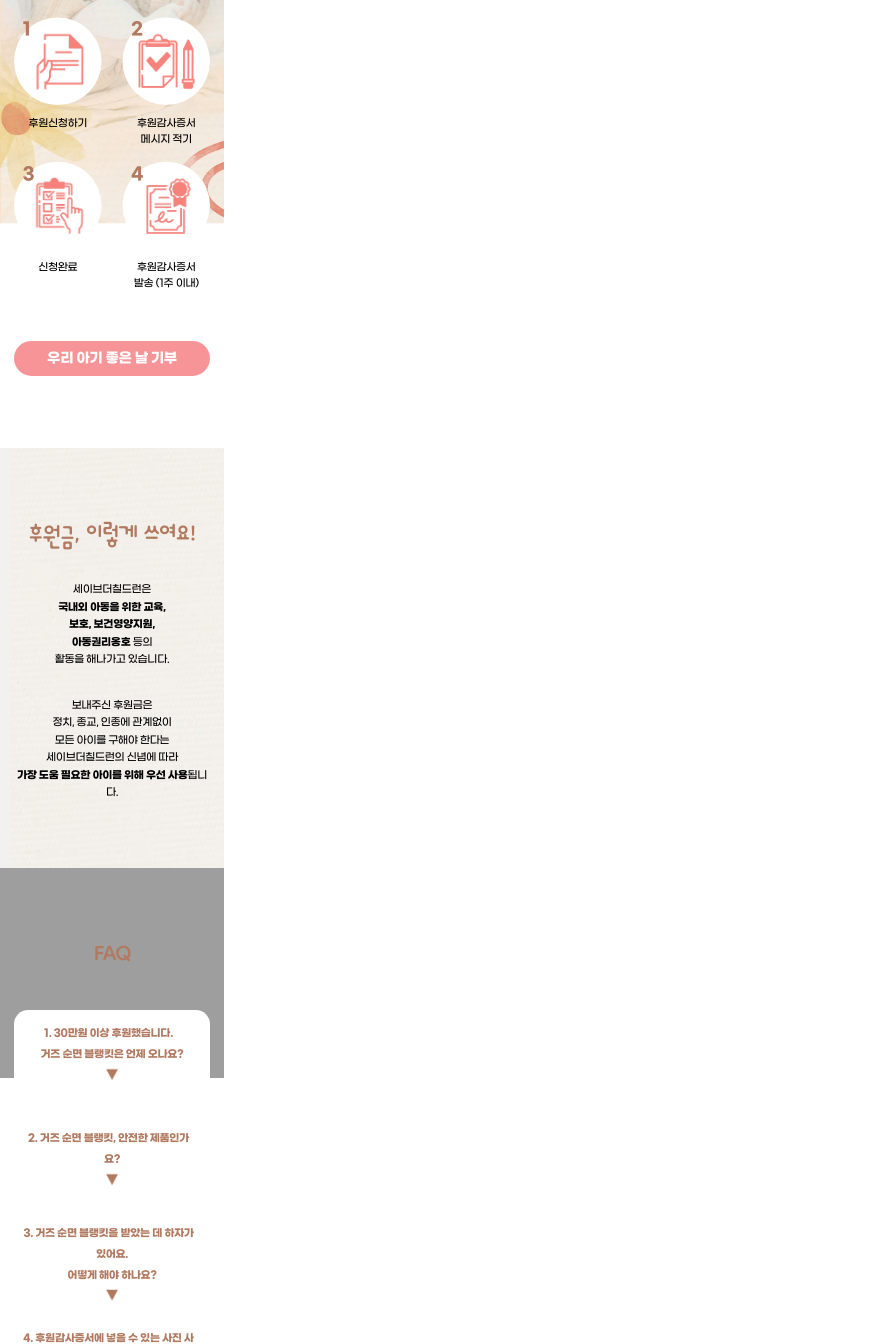
Repository: dlgywls1130/save_the_m320
Page: index.html
These files come from the project's save history. The page is drawn as it stood at one moment and after the next save; the edit follows.
The browser window is 1280 px wide. The pictures show the part of the page from y = 4580 to 6500 px (the page is 7320 px tall), at 70% of full size.
Pictures or frames that could not be fetched are drawn as grey boxes.

Above is the page before, as saved 2023-12-21 01:36:08.

### index.html
<!DOCTYPE html>
<html lang="en">
<head>
    <meta charset="UTF-8">
    <meta name="viewport" content="width=device-width, initial-scale=1.0">
    <title>세이브더칠드런</title>

    <link rel="stylesheet" href="./css/reset.css">
    <link rel="stylesheet" href="./css/style.css">

</head>
<body>
    <div class="content_body">
        <section class="section_wrapper section01">
            <div class="se01 se_wrapper">
                <div class="seo01_mobile_wrapp">
                    <div class="se01_sub">
                        <div class="sub_logo">
                            <img src="./img/logo01.png" alt="logo">
                        </div>
                        <p>우리 아기 좋은 날 기부</p>
                    </div>
                    <p class="seo01_title">
                        아가야,
                    </p>
                    <p class="seo01_title_two">
                        너의 <span id="rollingText">탄생</span> 순간을 축하해!
                    </p>
                </div>
                <div class="seo01_mobile_wrapp_bottom">
                    <p class="section_descript mb-45">
                        아이의 건강과 행복을
                        <br>바라는 마음을 담아,
                        <br>탄생, 백일, 첫 걸음마, 첫돌 등
                        <br>내 아이의 소중한 순간을
                        <br>기부로 기념해보세요.
                        <br>함께 자라나는 다른 아이들
                        <br>에게도 큰 축복이 됩니다..
                    </p>

                    <a class="donation_link" href="javascript:void(0)">우리 아기 좋은 날 기부</a>
                </div>

            </div>
        </section>
        <section class="section_wrapper section02">
            <div class="se02 se_wrapper">
                <div class="postit_wrapper">
                    <div class="postit postit01">
                        <p>우리 아들 우현이의<br>
                        200일을 축하해.<br>
                        <span>건강하게 자라줘서 고마워 <img src="./img/heart.png"></span>
                        늘 사랑받고 받은 사랑만큼<br>
                        베풀 수 있는 건강하고<br>
                        멋진 아들이 되길 바래!</p>
                    </div>
                    <div class="postit postit02">
                        <p>우리 새로아<Br>
                        백일 동안 무럭무럭 자라줘서<Br>
                        고마워~앞으로도 건강하고<Br>
                        우리 같이 재미있게 많이 놀자.<Br>
                        엄마,아빠가 많이 사랑해.</p>
                    </div>

                    <div class="postit postit05">
                        <p>사랑하는 도현이의<br>
                        첫 어린이날과 첫돌을<br>
                        기념하며, <br>
                        이웃을 사랑하는<br>
                        멋진 사람으로 자라길</p>

                    </div>
                    <!-- <div class="postit postit04">
                        <p>보미야<br>
                        첫 번째 생일 축하해<br>
                        너의 존재가 온 세상에<br>
                        봄이길 바랄게!   </p>
                    </div> -->

                    <!-- <div class="postit postit03">
                        <p>서진아<br>
                        우리에게 와줘서 고마워<br>
                        건강하고 행복하게 자라렴.<br>
                        사랑해♡      </p>
                    </div> -->

                </div>

            </div>
        </section>
        <section class="section_wrapper section03">
            <div class="se_wrapper se03">
                <div class="se_title_co">
                    아기의 좋은 날을<br> 기념해 주신 모든 분들께
                    <br>후원감사증서를 <br> 보내드립니다.
                </div>
                <div class="se_sub_co">
                    후원감사증서는<Br> 아기에게 남기고 싶은 메시지와 아기의 좋은 날이 담긴 사진을<br> 보관할 수 있도록
                    만들어드립니다.<br> 먼 훗날, 아기가 성장해 읽게 될 날을 그리며 편지를 써보세요.
                </div>
            </div>

        </section>
        <section class="section_wrapper section04">
            <div class="se_wrapper se04">
                <div class="se_title_co">
                    이름 자수 순면거즈블랭킷
                </div>
                <div class="se_sub_co">
                    30만원 이상 후원하신 분들께는<br> 순면 거즈 아기 블랭킷(90*110)에
                    <Br>원하시는 이름(영문)을<br> 예쁘게 수놓아 드립니다.
                </div>

                <div class="se04_slide mt-85">
                    <div class="se04_slide_list">
                        <img src="./img/slide03.jpg">
                    </div>
                    <div class="se04_slide_list">
                        <img src="./img/slide02.jpg">
                    </div>
                    <div class="se04_slide_list">
                        <img src="./img/slide01.jpg">
                    </div>
                </div>
            </div>
        </section>
        <section class="section_wrapper section05">
            <div class="se_wrapper se05">
                <div class="se_title_co">
                    후원신청 과정
                </div>


                <div class="se_sub_co">
                    30만원 이상 후원해 주신 경우,
                    <br>감사 선물 수령 주소 및 아기 블랭킷에 새겨질 문구 확인을 위한 문자가 발송됩니다.
                </div>

                <div class="se_step_list">
                    <div class="se_step">
                        <p class="step_number">1</p>
                        <div class="step_ico">
                            <img src="./img/icon01.png" alt="img">
                        </div>
                        <p class="step_descript">
                            후원신청하기
                        </p>
                    </div>
                    <div class="se_step">
                        <p class="step_number">2</p>
                        <div class="step_ico">
                            <img src="./img/icon02.png" alt="img">
                        </div>
                        <p class="step_descript">
                            후원감사증서
                            <Br>메시지 적기
                        </p>
                    </div>
                </div>
                <div class="se_step_list">
                    <div class="se_step">
                        <p class="step_number">3</p>
                        <div class="step_ico">
                            <img src="./img/icon03.png" alt="img">
                        </div>
                        <p class="step_descript">
                            신청완료
                        </p>
                    </div>
                    <div class="se_step">
                        <p class="step_number">4</p>
                        <div class="step_ico">
                            <img src="./img/icon04.png" alt="img">
                        </div>
                        <p class="step_descript">
                            후원감사증서 <Br>발송 (1주 이내)
                        </p>
                    </div>
                </div>


                <a class="donation_link" href="javascript:void(0)">우리 아기 좋은 날 기부</a>
            </div>

        </section>
        <section class="section_wrapper section06">
            <div class="se_wrapper se06">
                <div class="se_title_co">
                    후원금, 이렇게 쓰여요!
                </div>
                <div class="se_sub_co">
                    세이브더칠드런은 <Br><span>국내외 아동을 위한 교육,
                    <Br>보호, 보건영양지원,<Br> 아동권리옹호</span> 등의<Br> 활동을 해나가고 있습니다.
                </div>
                <div class="se_sub_co">
                    보내주신 후원금은<Br> 정치, 종교, 인종에 관계없이<Br> 모든 아이를 구해야 한다는
                    <Br>세이브더칠드런의 신념에 따라 <Br><span>가장 도움 필요한 아이를 위해 우선 사용</span>됩니다.
                </div>
            </div>

        </section>
        <section class="section_wrapper section07">
            <div class="se_wrapper se07">
                <div class="se_title_co">
                    FAQ
                </div>
                <div class="accordion">
                    <div class="accordion-item">
                        <h3 class="title">
                            <span>1. 30만원 이상 후원했습니다. <br>거즈 순면 블랭킷은 언제 오나요?</span>
                            <img src="./img/top.png">
                        </h3>
                        <p class="paragraph">
                            우리아기 축하기부로 30만원 이상 후원자님들께는 담요에 수놓을 아기 이름과
                            선물 수령 주소 확인을 위한 문자가 발송됩니다.
                            02-6900-4479로 발송되는 문자 속 설문조사에 답해주세요.
                            확인을 완료하신 분들께는 블랭킷 제작을 담당하고 있는 조니 스튜디오에서
                            아기 이름 자수 작업 완료 후 배송해 드립니다.

                        </p>
                    </div>
                    <div class="accordion-item">
                        <h3 class="title">
                            <span>2. 거즈 순면 블랭킷, 안전한 제품인가요?</span>
                            <img src="./img/top.png">
                        </h3>
                        <p class="paragraph">
                            본 블랭킷은 워싱된 3중 거즈로 제작되었으며, KC안전검사를 완료하였습니다.
                            소재 특성상 섬유 조각이 발생할 수 있어 망에 넣지 않고 3번 정도 물빨래 하시는 것을 권장합니다.

                        </p>
                    </div>
                    <div class="accordion-item">
                        <h3 class="title">
                            <span>3. 거즈 순면 블랭킷을 받았는 데 하자가 있어요. <Br>어떻게 해야 하나요? </span>
                            <img src="./img/top.png">
                        </h3>
                        <p class="paragraph">
                            070-4220-4123 (조니스튜디오 CS)로 전화 연락 부탁드립니다. 하자 물품에 대한 교환은 수령일로부터 7일 이내에 조니스튜디오에 연락해주셔야 하며, 이로 인한 후원금 환불은 어렵습니다.
                        </p>
                    </div>
                    <div class="accordion-item">
                        <h3 class="title">
                            <span>4. 후원감사증서에 넣을 수 있는 사진 사이즈는 <Br>얼마인가요?</span>
                            <img src="./img/top.png">
                        </h3>
                        <p class="paragraph">
                            사진 인화 사이즈 5*7 인치에 맞추어서 제작되었습니다.  그보다 작은 사진일 경우, 후원감사증서
                            내부의 주머니에 넣어 보관하실 수도  있습니다.

                        </p>
                    </div>
                </div>
            </div>

        </section>
        <section class="section_wrapper section08">
            <div class="se_wrapper se08">
                <div class="se08_postion">
                    <p class="se08_title">우리 아기 좋은 날 기부</p>
                    <p class="se08_descript">
                        탄생, 백일, 첫 걸음마, 첫돌...
                        <br>소중한 우리 아기의 성장을 기념해 보세요!
                        <br>아기의 좋은 날이 모여 세상의 행복이 됩니다.
                    </p>
                    <a href="javascript:void(0)" class="more_btn">
                        <p>자세히보기</p>
                        <svg xmlns="http://www.w3.org/2000/svg" width="16" height="16" fill="currentColor" class="bi bi-chevron-right" viewBox="0 0 16 16">
                            <path fill-rule="evenodd" d="M4.646 1.646a.5.5 0 0 1 .708 0l6 6a.5.5 0 0 1 0 .708l-6 6a.5.5 0 0 1-.708-.708L10.293 8 4.646 2.354a.5.5 0 0 1 0-.708z"/>
                        </svg>
                    </a>
                </div>

            </div>
        </section>
    </div>

    <script src="https://ajax.googleapis.com/ajax/libs/jquery/1.12.4/jquery.min.js"></script>
    <script src="./js/main.js"></script>
</body>
</html>

### css/reset.css


html, body, div, span, applet, object, iframe,
h1, h2, h3, h4, h5, h6, p, blockquote, pre,
a, abbr, acronym, address, big, cite, code,
del, dfn, em, img, ins, kbd, q, s, samp,
small, strike, strong, sub, sup, tt, var,
b, u, i, center,
dl, dt, dd, ol, ul, li,
fieldset, form, label, legend,
table, caption, tbody, tfoot, thead, tr, th, td,
article, aside, canvas, details, embed,
figure, figcaption, footer, header, hgroup,
menu, nav, output, ruby, section, summary,
time, mark, audio, video {
	margin: 0;
	padding: 0;
	border: 0;
	font-size: 100%;
	font: inherit;
	vertical-align: baseline;
}

article, aside, details, figcaption, figure,
footer, header, hgroup, menu, nav, section {
	display: block;
}
body {
	line-height: 1;
}
ol, ul {
	list-style: none;
}
blockquote, q {
	quotes: none;
}
blockquote:before, blockquote:after,
q:before, q:after {
	content: '';
	content: none;
}
table {
	border-collapse: collapse;
	border-spacing: 0;
}

Loaded but not shown: js/main.js (46 lines, source omitted); css/style.css (652 lines, source omitted)

After the next save:
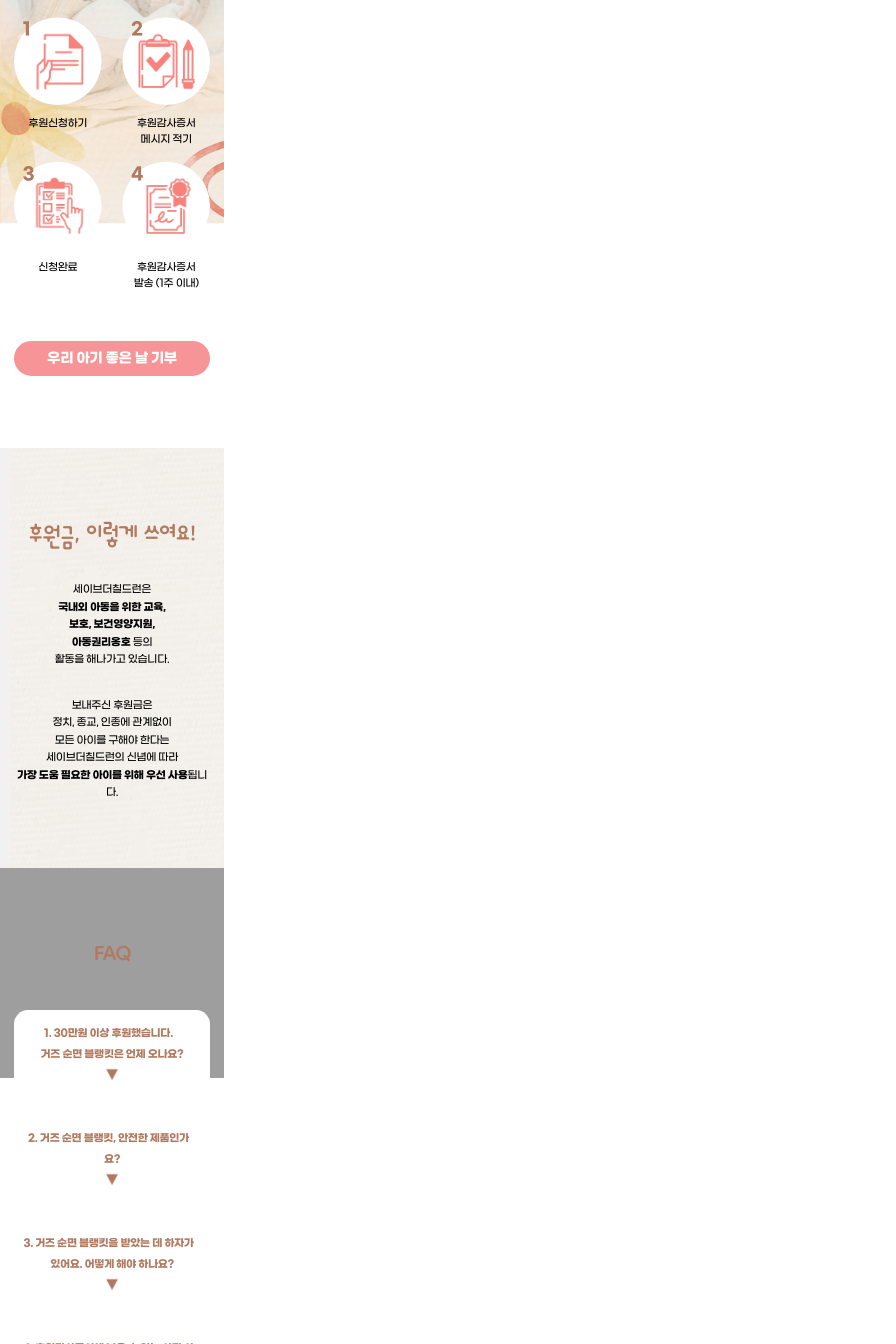
Saved 2 min 0 s later.
--- a/index.html
+++ b/index.html
@@ -232,7 +232,7 @@
                     </div>
                     <div class="accordion-item">
                         <h3 class="title">
-                            <span>3. 거즈 순면 블랭킷을 받았는 데 하자가 있어요. <Br>어떻게 해야 하나요? </span>
+                            <span>3. 거즈 순면 블랭킷을 받았는 데 하자가 있어요. 어떻게 해야 하나요? </span>
                             <img src="./img/top.png">
                         </h3>
                         <p class="paragraph">
@@ -241,7 +241,7 @@
                     </div>
                     <div class="accordion-item">
                         <h3 class="title">
-                            <span>4. 후원감사증서에 넣을 수 있는 사진 사이즈는 <Br>얼마인가요?</span>
+                            <span>4. 후원감사증서에 넣을 수 있는 사진 사이즈는 얼마인가요?</span>
                             <img src="./img/top.png">
                         </h3>
                         <p class="paragraph">
